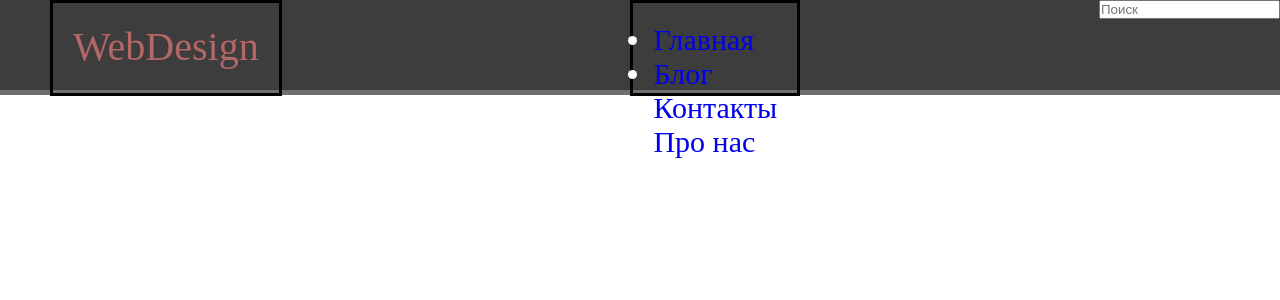
Repository: andbaik/Itprog
Page: index.htm
The author's editor kept a copy of each file at every save. The page is drawn from the files as they stood at one save, then again after a run of saves.
The browser window is 1280 px wide. The pictures show the whole page.

Above is the page before, as saved 2021-01-19 16:11:21.

After the next 2 saves:
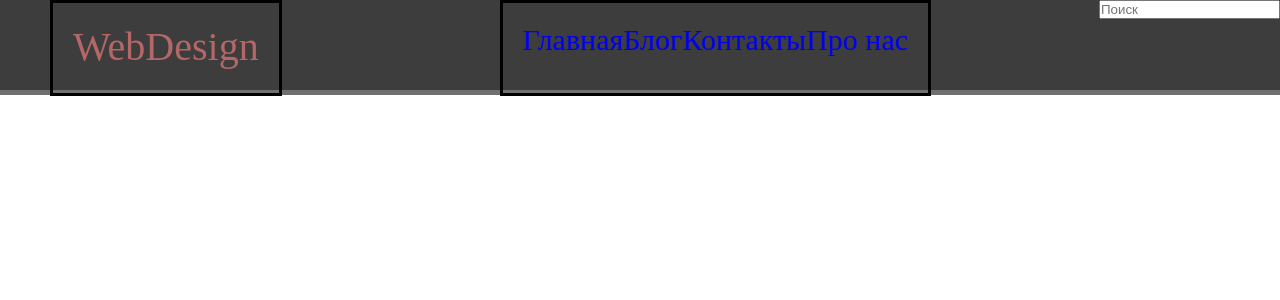
The 2 saves are shown as one change because they came seconds apart.
The last was saved 7 s later.
--- a/css/style.css
+++ b/css/style.css
@@ -43,7 +43,9 @@ a {
     font-size: 30px;
 
 }
-.nav
+.nav li {
+    list-style-type: none;
+}
 
 .header ul {
     display: flex;
